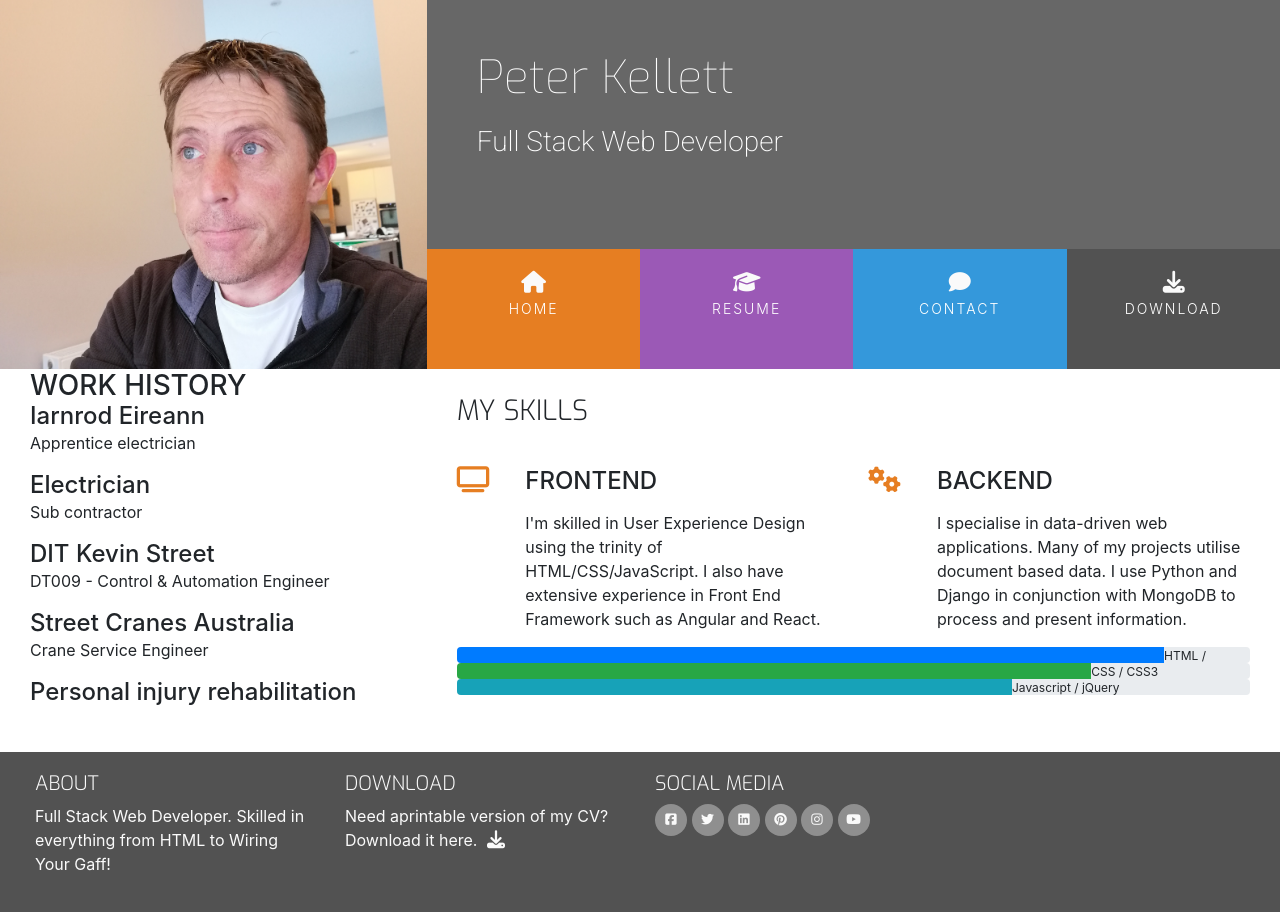
Repository: PeterKellett/resume-tutorial
Page: resume.html
The author's editor kept a record of every edit. The page is drawn from the files as they stood at one moment, then again after the next edit.
The browser window is 1280 px wide. The pictures show the whole page.
Some web libraries are served in a nearby version.

Above is the page before.

After the next edit:
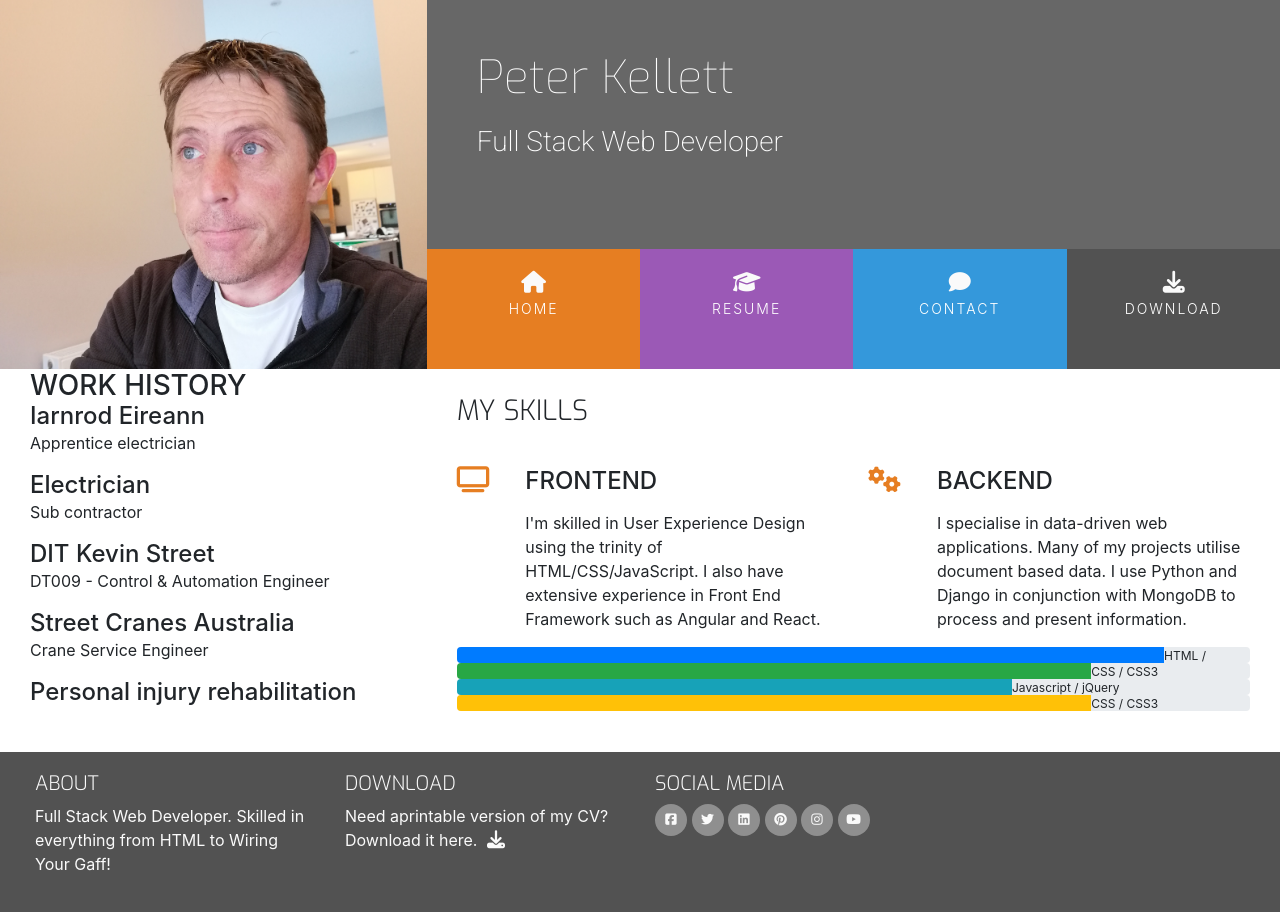
The edit:
--- a/resume.html
+++ b/resume.html
@@ -144,6 +144,16 @@
                         </div>
                     </div>
                 </div>
+                <div class="row">
+                    <div class="col">
+                        <div class="progress">
+                            <div class="progress-bar bg-warning" role="progressbar" aria-valuenow="80" aria-valuemin="0" aria-valuemax="100" style="width:80%;">
+                                <span class="sr-only">80% complete</span>
+                            </div>
+                            <span class="progress-type">CSS / CSS3</span>
+                        </div>
+                    </div>
+                </div>
             </div>
         </div>
     </section>
